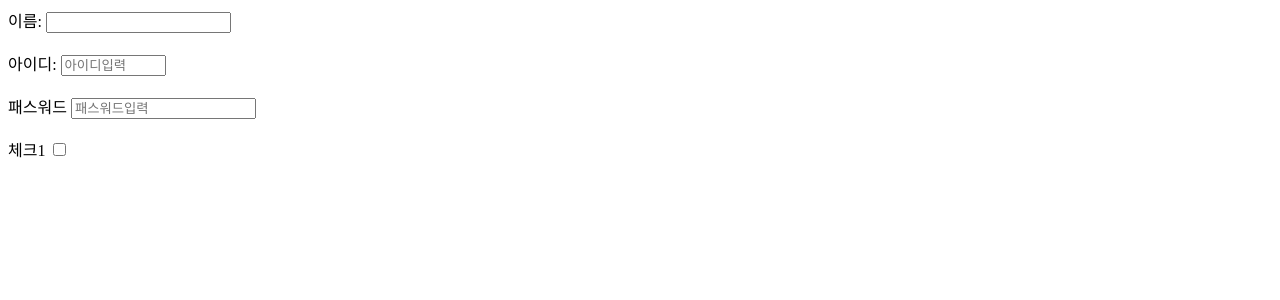
Repository: jihoonys82/weblec
Page: Front/WebContent/Ex01_HTML_tag/tagEx_09.html
An editor plug-in stored every save of this project. The page is shown before and after the next save, followed by the edit.
The browser window is 1280 px wide. The pictures show the whole page.

Above is the page before, as saved 2018-07-24 10:11:50.

### Front/WebContent/Ex01_HTML_tag/tagEx_09.html
<!DOCTYPE html>
<html>
<head>
<meta charset="UTF-8">
<title>Insert title here</title>


</head>
<body>

<div>

<form action="#" method="get">
	<label>이름:	<input type="text" name="name" /></label>
	<br><br>
	<label for="uId">아이디:</label>
	<input type="text" id="uId" name="userId" size="10" placeholder="아이디입력"/>
	<br><br>

	<label for="userPwd">패스워드</label>
	<input type="password" id="userPwd" name="userPwd" placeholder="패스워드입력" />
	<br><br>

	<label for="chkBox">체크1</label>
	<input type="checkbox" id="chkBox" name="chkBox" />

</form>

</div>

</body>
</html>

After the next save:
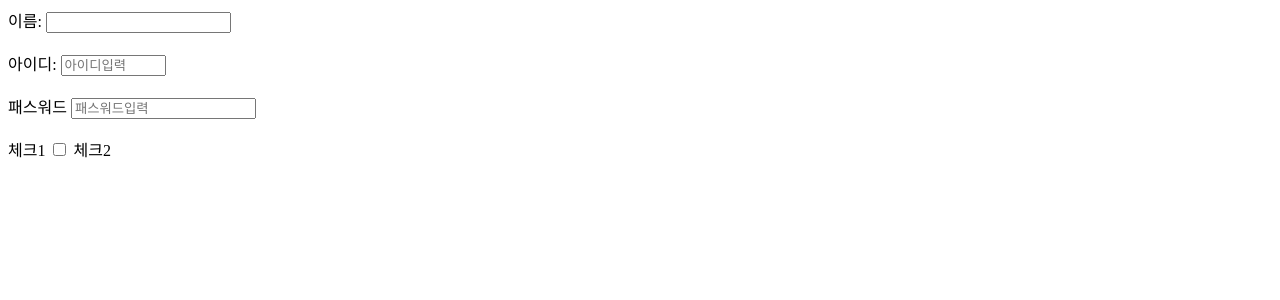
Saved 73 s later.
--- a/Front/WebContent/Ex01_HTML_tag/tagEx_09.html
+++ b/Front/WebContent/Ex01_HTML_tag/tagEx_09.html
@@ -23,6 +23,9 @@
 
 	<label for="chkBox">체크1</label>
 	<input type="checkbox" id="chkBox" name="chkBox" />
+	<label for="chkBox">체크2</label>
+	<br><br>
+
 
 </form>
 
